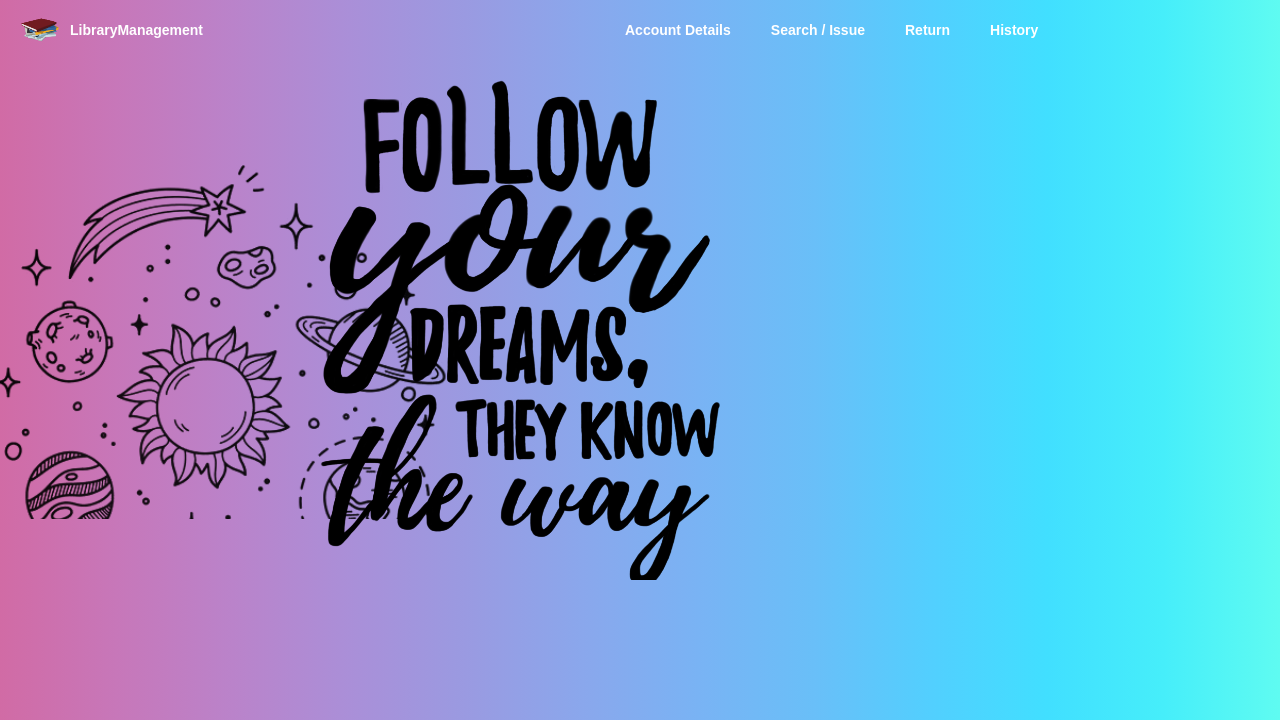
Repository: amitSai12/CMS
Page: http://localhost/LibraryManagementDemo/Menu2.jsp
The author's editor kept a copy of each file at every save. The page is drawn from the files as they stood at one save, then again after the next save.
The browser window is 1280 px wide. The pictures show the whole page.
The page is served by Tomcat 9.

Above is the page before, as saved 2023-10-01 21:19:05.

After the next save:
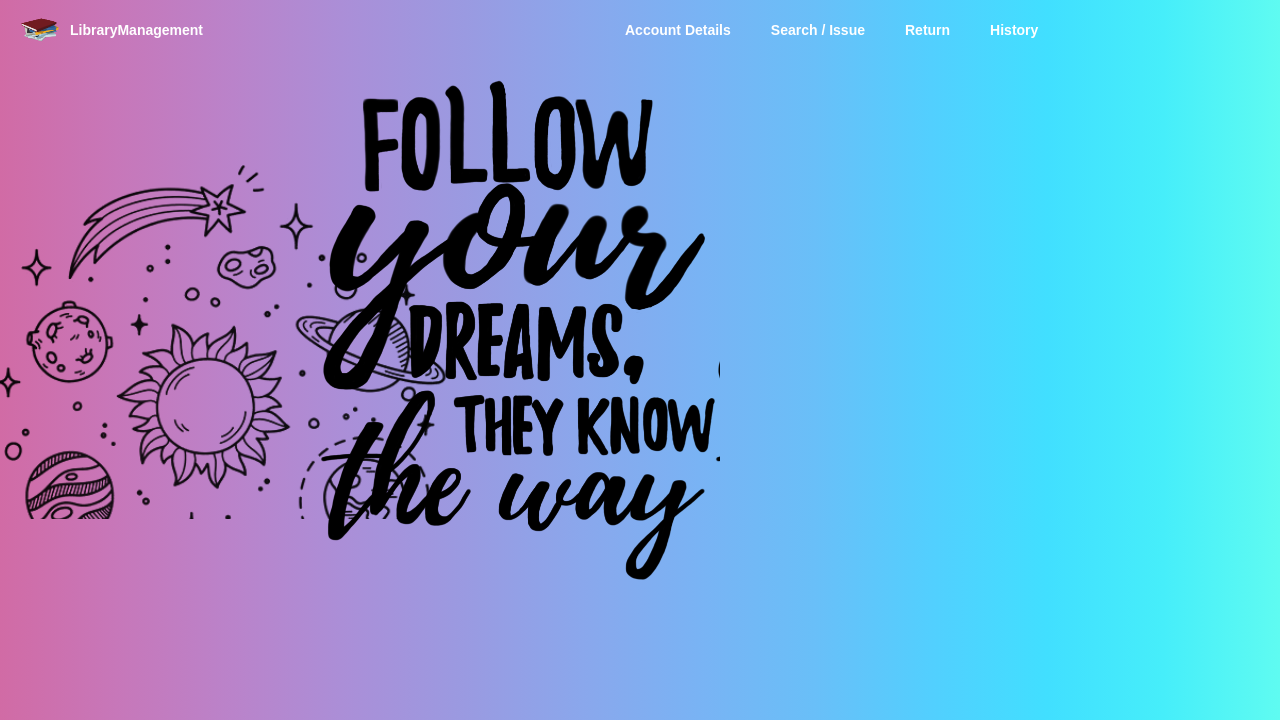
Saved 16 s later.
--- a/Day1_Thu/LibraryManagementDemo/src/main/webapp/menu2.css
+++ b/Day1_Thu/LibraryManagementDemo/src/main/webapp/menu2.css
@@ -94,5 +94,5 @@
     height: 500px; /* Set the height of the div */
 
     background-image: url('Daco_4922956	.png'); /* Specify the image URL */
-    background-size: cover; /* Adjust how the image fits inside the div */
+    background-size: contain; /* Adjust how the image fits inside the div */
 }

After the save that followed:
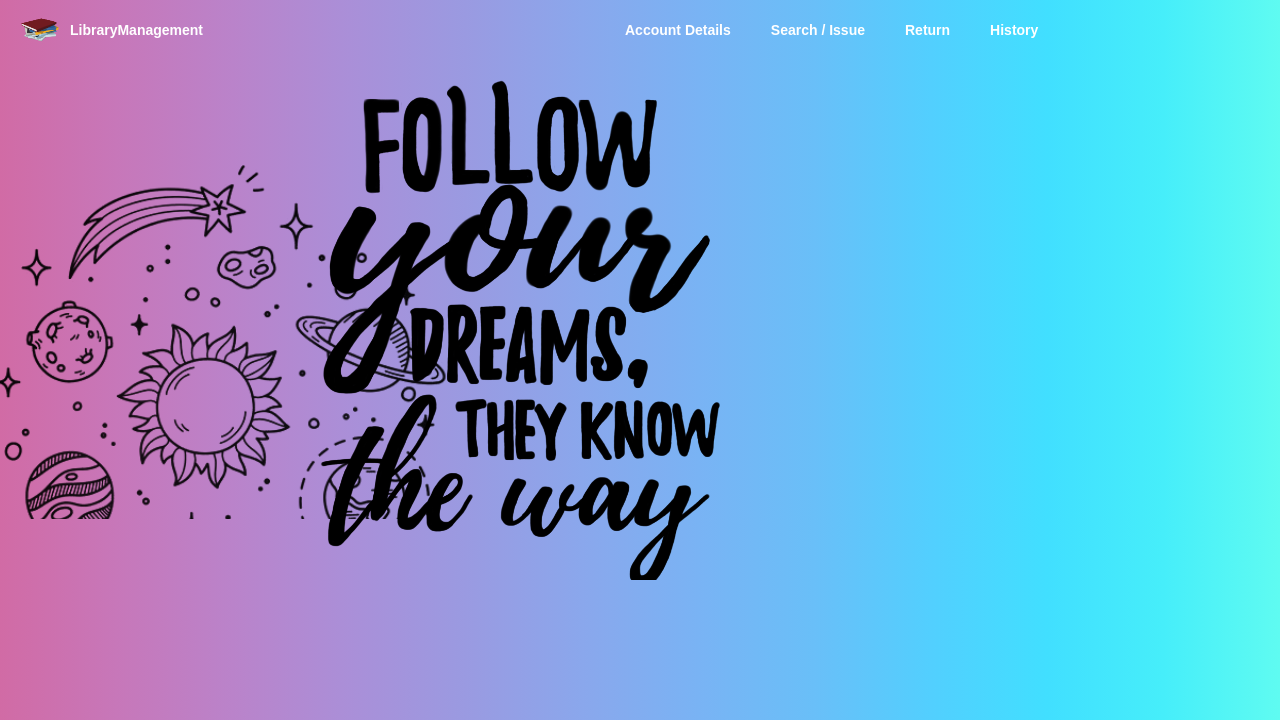
Saved 13 s later.
--- a/Day1_Thu/LibraryManagementDemo/src/main/webapp/menu2.css
+++ b/Day1_Thu/LibraryManagementDemo/src/main/webapp/menu2.css
@@ -94,5 +94,5 @@
     height: 500px; /* Set the height of the div */
 
     background-image: url('Daco_4922956	.png'); /* Specify the image URL */
-    background-size: contain; /* Adjust how the image fits inside the div */
+    background-size: cover; /* Adjust how the image fits inside the div */
 }
